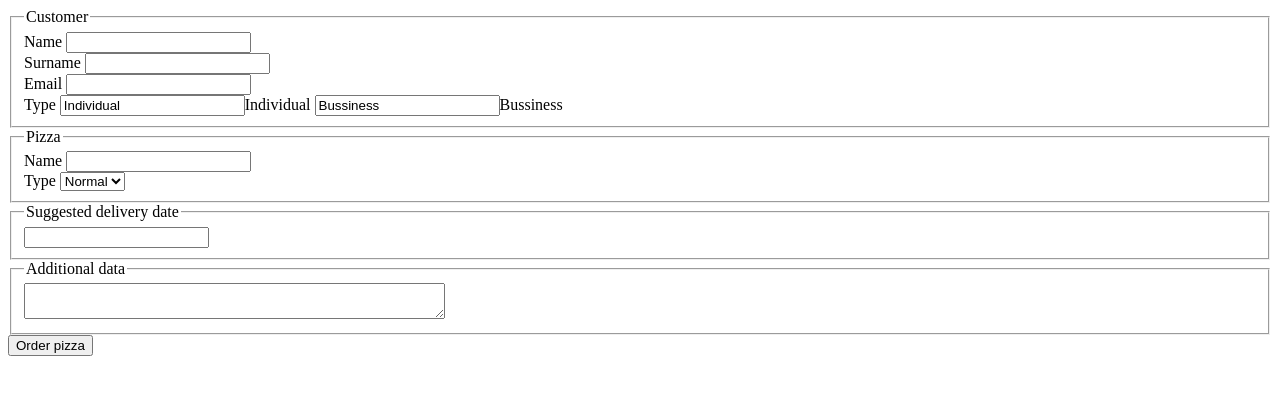
Repository: lukas77pro/html_css_js
Page: html/Test/WebContent/Formularz.html
These files come from the project's save history. The page is drawn as it stood at one moment and after the next save; the edit follows.
The browser window is 1280 px wide. The pictures show the whole page.

Above is the page before, as saved 2015-07-10 11:40:47.

### html/Test/WebContent/Formularz.html
<!DOCTYPE html>
<html>
<head>
<meta charset="UTF-8">
<title>Insert title here</title>
</head>

<body>


	<fieldset>
		<legend>Customer</legend>
		<div>
			<label for="inputName">Name</label> <input type="text"
				name="inputName">
		</div>
		<div>
			<label for="inputSurname">Surname</label> <input type="text"
				name="inputSurname">
		</div>
		<div>
			<label for="inputEmail">Email</label> <input type="text"
				name="inputEmail">
		</div>
		<div>
			<label for="radio1">Type</label> <input type="radio1" name="radio"
				value="Individual" checked><label for="radio1">Individual</label> <input type="radio2" name="radio"
				value="Bussiness"><label for="radio2">Bussiness</label>
		</div>
	</fieldset>

	<fieldset>
		<legend>Pizza</legend>
		<div>
			<label for="inputName">Name</label> <input type="text"
				name="inputName">
		</div>
		<label for="inputName">Type</label> <select name="select">
			<option value="Small">Small</option>
			<option value="Normal" selected>Normal</option>
			<option value="Big">Big</option>
		</select>
	</fieldset>

	<fieldset>
		<legend>Suggested delivery date</legend>
		<input type="text" name="Date">
	</fieldset>

	<fieldset>
		<legend>Additional data</legend>
		<textarea name="textarea" rows="2" cols="50"></textarea>
	</fieldset>
	<button name="button">Order pizza</button>
</body>
</html>

After the next save:
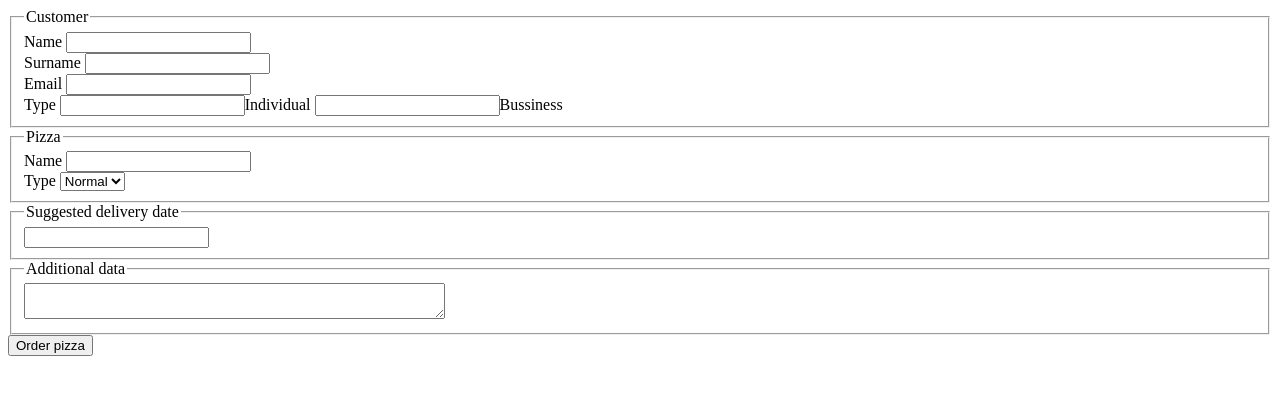
Saved 26 s later.
--- a/html/Test/WebContent/Formularz.html
+++ b/html/Test/WebContent/Formularz.html
@@ -24,8 +24,8 @@
 		</div>
 		<div>
 			<label for="radio1">Type</label> <input type="radio1" name="radio"
-				value="Individual" checked><label for="radio1">Individual</label> <input type="radio2" name="radio"
-				value="Bussiness"><label for="radio2">Bussiness</label>
+				checked><label for="radio1">Individual</label> <input
+				type="radio2" name="radio"><label for="radio2">Bussiness</label>
 		</div>
 	</fieldset>
 
